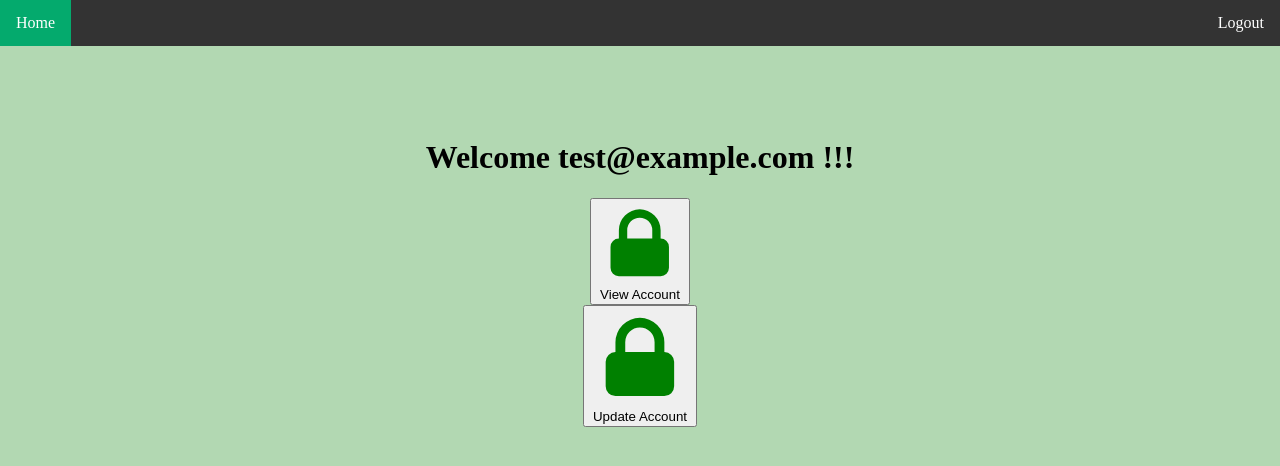
Repository: sach7691/original-book-store
Page: http://localhost/online-book-store-application/dashboard.jsp
An editor plug-in stored every save of this project. The page is shown before and after the next save, followed by the edit.
The browser window is 1280 px wide. The pictures show the whole page.
The page is served by Tomcat 9. The session is filled in as if someone had signed in: {"email": "test@example.com"}. Other server files are loaded and not shown.

Above is the page before, as saved 2022-08-31 19:53:05.

### online-book-store-application/src/main/webapp/dashboard.jsp

<%@ page language="java" contentType="text/html; charset=ISO-8859-1"
	pageEncoding="ISO-8859-1"%>
<%@ taglib uri="http://java.sun.com/jsp/jstl/core" prefix="c"%>
<!DOCTYPE html>
<html>
<head>
<meta charset="ISO-8859-1">
<meta name="viewport" content="width=device-width, initial-scale=1.0">
<title>Dashboard</title>
</head>
<body>
	<%

  response.setHeader("Cache-Control", "no-cache,no-store,must-revalidate"); //prevent back button after logout HTTP 1.1
  //HTTP 1.0 and if you use proxy seperatly should remove cache to prevent back button
   response.setHeader("Pragma","no-cache"); //HTTP 1.0
   response.setDateHeader ("Expires", 0);
  if(session.getAttribute("email")==null){
	response.sendRedirect("login.jsp");
}
%>
<style>


body
{
  margin: 0;
  background: rgba(0, 128, 0, 0.3);

}
 letter {
   color: #ea503f;
   font-family: Arial;
   float: center;
 }

ul.topnav {
  list-style-type: none;
  margin: 0;
  padding: 0;
  overflow: hidden;
  background-color: #333;
}

ul.topnav li {float: left;}

ul.topnav li a {
  display: block;
  color: white;
  text-align: center;
  padding: 14px 16px;
  text-decoration: none;
}

ul.topnav li a:hover:not(.active) {background-color: #111;}

ul.topnav li a.active {background-color: #04AA6D;}

ul.topnav li.right {float: right;}

@media screen and (max-width: 600px) {
  ul.topnav li.right,
  ul.topnav li {float: none;}
}
</style>
</head>
<body>
<form action="http://localhost:8080/online-book-store-application/LogoutCustomerServlet" method="GET">
<div>
<ul class="topnav">
  <li><a class="active" href="welcome.jsp">Home</a></li>
  <li class="right"><a href="login.jsp">Logout</a></li>
</ul>
<br>
<br>
<br>
<br>
</div>
</form>
<form action="http://localhost:8080/online-book-store-application/AccountDetailsServlet"  method="GET">

<%

session.getAttribute("email");
session.getAttribute("modifyCustomer");

%>
<center>
<div>
<p style="color: red;"><h1>Welcome ${email} !!!</h1></p>
</div>

 <input type="text" id="email" name="email" value= "${email}" hidden="" >
        <button type="submit" class="group relative w-full flex justify-center py-2 px-4 border border-transparent text-sm font-medium rounded-md text-white bg-green-600 hover:bg-green-700 focus:outline-none focus:ring-2 focus:ring-offset-2 focus:ring-indigo-500">
          <span class="absolute left-0 inset-y-0 flex items-center pl-3">
            <!-- Heroicon name: solid/lock-closed -->
            <svg class="h-5 w-5 text-indigo-500 group-hover:text-indigo-400" xmlns="http://www.w3.org/2000/svg" viewBox="0 0 20 20" fill="green" aria-hidden="true">
              <path fill-rule="evenodd" d="M5 9V7a5 5 0 0110 0v2a2 2 0 012 2v5a2 2 0 01-2 2H5a2 2 0 01-2-2v-5a2 2 0 012-2zm8-2v2H7V7a3 3 0 016 0z" clip-rule="evenodd" />
            </svg>
          </span>
          View Account
        </button>
 </form>
 <br>
 <form action="http://localhost:8080/online-book-store-application/ModifyCustomerServlet"  method="POST">
  <button type="submit" class="group relative w-full flex justify-center py-2 px-4 border border-transparent text-sm font-medium rounded-md text-white bg-green-600 hover:bg-green-700 focus:outline-none focus:ring-2 focus:ring-offset-2 focus:ring-indigo-500">
          <span class="absolute left-0 inset-y-0 flex items-center pl-3">
            <!-- Heroicon name: solid/lock-closed -->
            <svg class="h-5 w-5 text-indigo-500 group-hover:text-indigo-400" xmlns="http://www.w3.org/2000/svg" viewBox="0 0 20 20" fill="green" aria-hidden="true">
              <path fill-rule="evenodd" d="M5 9V7a5 5 0 0110 0v2a2 2 0 012 2v5a2 2 0 01-2 2H5a2 2 0 01-2-2v-5a2 2 0 012-2zm8-2v2H7V7a3 3 0 016 0z" clip-rule="evenodd" />
            </svg>
          </span>
          Update Account
        </button>
 </form>
</center>
</body>
</html>

After the next save:
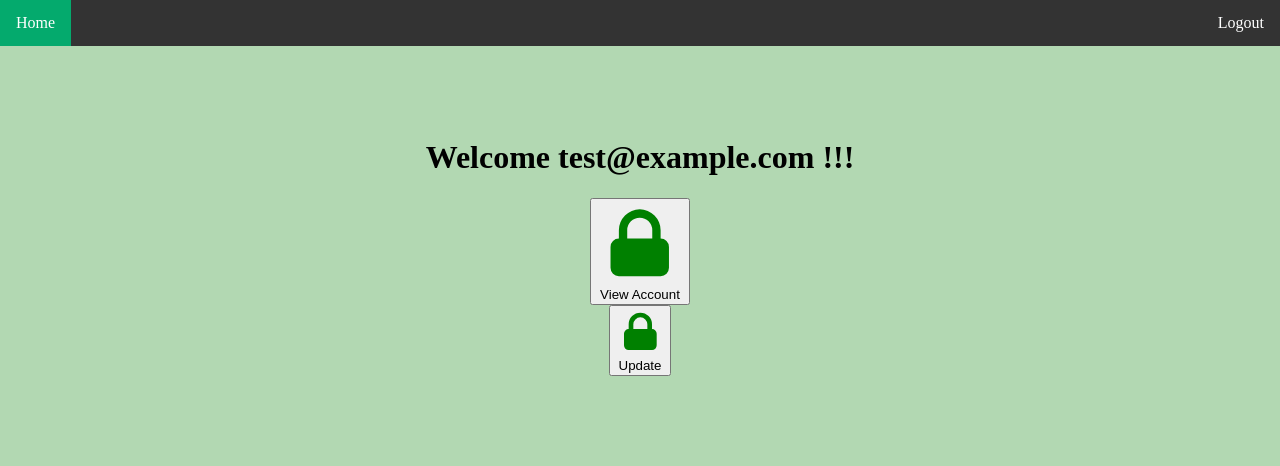
Saved 13 s later.
--- a/online-book-store-application/src/main/webapp/dashboard.jsp
+++ b/online-book-store-application/src/main/webapp/dashboard.jsp
@@ -111,7 +111,7 @@ session.getAttribute("modifyCustomer");
               <path fill-rule="evenodd" d="M5 9V7a5 5 0 0110 0v2a2 2 0 012 2v5a2 2 0 01-2 2H5a2 2 0 01-2-2v-5a2 2 0 012-2zm8-2v2H7V7a3 3 0 016 0z" clip-rule="evenodd" />
             </svg>
           </span>
-          Update Account
+          Update
         </button>
  </form>
 </center>
